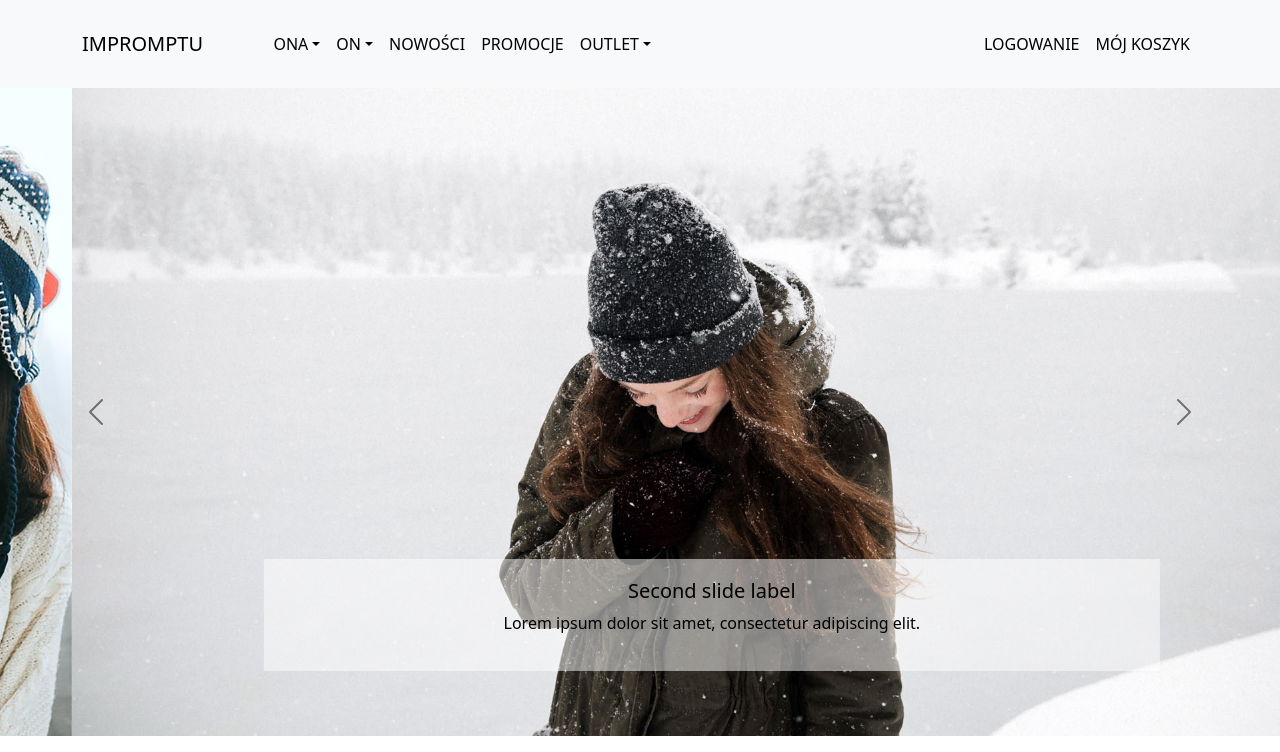
Repository: michalgornicki/Impromptu
Page: /
An editor plug-in stored every save of this project. The page is shown before and after a run of saves, followed by the edit.
The browser window is 1280 px wide. The pictures show the whole page.
The project was rebuilt for these pictures with package versions that can differ from the ones it lists, and the page was loaded fresh each time.

Above is the page before, as saved 2021-12-23 13:00:54.

### src/App.jsx
import React from "react";
import "./App.css";
import "bootstrap/dist/css/bootstrap.min.css";
import Container from "react-bootstrap/Container";
import Navbar from "react-bootstrap/Navbar";
import Nav from "react-bootstrap/Nav";
import NavDropdown from "react-bootstrap/NavDropdown";
import Carousel from "react-bootstrap/Carousel";
import photo1 from "./1.jpg";
import photo2 from "./2.jpg";
import photo3 from "./3.jpg";
import photo4 from "./4.jpg";
import photo5 from "./5.jpg";

function App() {
  return (
    <p>
      <Navbar
        collapseOnSelect
        expand="lg"
        bg="light"
        variant="light"
        className="py-4 display-7 text-dark"
      >
        <Container>
          <Navbar.Brand href="#home" className="w-15">IMPROMPTU</Navbar.Brand>
          <Navbar.Toggle aria-controls="responsive-navbar-nav" />
          <Navbar.Collapse id="responsive-navbar-nav">
            <Nav className="me-auto">
              <NavDropdown title="ONA" id="collasible-nav-dropdown">
                <NavDropdown.Item href="#action/3.1">Action</NavDropdown.Item>
                <NavDropdown.Item href="#action/3.2">
                  Another action
                </NavDropdown.Item>
                <NavDropdown.Item href="#action/3.3">
                  Something
                </NavDropdown.Item>
                <NavDropdown.Divider />
                <NavDropdown.Item href="#action/3.4">
                  Separated link
                </NavDropdown.Item>
              </NavDropdown>
              <NavDropdown title="ON" id="collasible-nav-dropdown">
                <NavDropdown.Item href="#action/3.1">Action</NavDropdown.Item>
                <NavDropdown.Item href="#action/3.2">
                  Another action
                </NavDropdown.Item>
                <NavDropdown.Item href="#action/3.3">
                  Something
                </NavDropdown.Item>
                <NavDropdown.Divider />
                <NavDropdown.Item href="#action/3.4">
                  Separated link
                </NavDropdown.Item>
              </NavDropdown>
              <Nav.Link href="#pricing">NOWOŚCI</Nav.Link>
              <Nav.Link href="#pricing">PROMOCJE</Nav.Link>
              <NavDropdown title="OUTLET" id="collasible-nav-dropdown">
                <NavDropdown.Item href="#action/3.1">Action</NavDropdown.Item>
                <NavDropdown.Item href="#action/3.2">
                  Another action
                </NavDropdown.Item>
                <NavDropdown.Item href="#action/3.3">
                  Something
                </NavDropdown.Item>
                <NavDropdown.Divider />
                <NavDropdown.Item href="#action/3.4">
                  Separated link
                </NavDropdown.Item>
              </NavDropdown>
            </Nav>
            <Nav>
              <Nav.Link href="#deets">LOGOWANIE</Nav.Link>
              <Nav.Link href="#memes">MÓJ KOSZYK</Nav.Link>
            </Nav>
          </Navbar.Collapse>
        </Container>
      </Navbar>

      <Carousel variant="dark" indicators={false}>
  <Carousel.Item>
    <img
      className="d-block w-100"
      src={photo1}
      alt="First slide"
    />
    <Carousel.Caption>
      <h5>First slide label</h5>
      <p>Nulla vitae elit libero, a pharetra augue mollis interdum.</p>
    </Carousel.Caption>
  </Carousel.Item>
  <Carousel.Item>
    <img
      className="d-block w-100"
      src={photo2}
      alt="Second slide"
    />
    <Carousel.Caption>
      <h5>Second slide label</h5>
      <p>Lorem ipsum dolor sit amet, consectetur adipiscing elit.</p>
    </Carousel.Caption>
  </Carousel.Item>
  <Carousel.Item>
    <img
      className="d-block w-100"
      src={photo3}
      alt="Third slide"
    />
    <Carousel.Caption>
      <h5>Third slide label</h5>
      <p>Praesent commodo cursus magna, vel scelerisque nisl consectetur.</p>
    </Carousel.Caption>
  </Carousel.Item>
  <Carousel.Item>
    <img
      className="d-block w-100"
      src={photo4}
      alt="Third slide"
    />
    <Carousel.Caption>
      <h5>Third slide label</h5>
      <p>Praesent commodo cursus magna, vel scelerisque nisl consectetur.</p>
    </Carousel.Caption>
  </Carousel.Item>
  <Carousel.Item>
    <img
      className="d-block w-100"
      src={photo5}
      alt="Third slide"
    />
    <Carousel.Caption>
      <h5>Third slide label</h5>
      <p>Praesent commodo cursus magna, vel scelerisque nisl consectetur.</p>
    </Carousel.Caption>
  </Carousel.Item>
</Carousel>



    </p>
  );
}

export default App;

### src/App.css
.w-15{
    width: 15%!important;
}

.display-7{
    font-size: 1rem;
}

.nav-link {
    color: black!important;
}

.carousel img {
    height: 90vh;
    object-fit: cover;
}

.carousel-caption{
    background-color: rgba(255, 255, 255, 0.5);
    bottom: 10%!important;
}

Loaded but not shown: public/index.html (common file); src/index.js (common file); src/index.css (common file); src/reportWebVitals.js (common file)

After the next 4 saves:
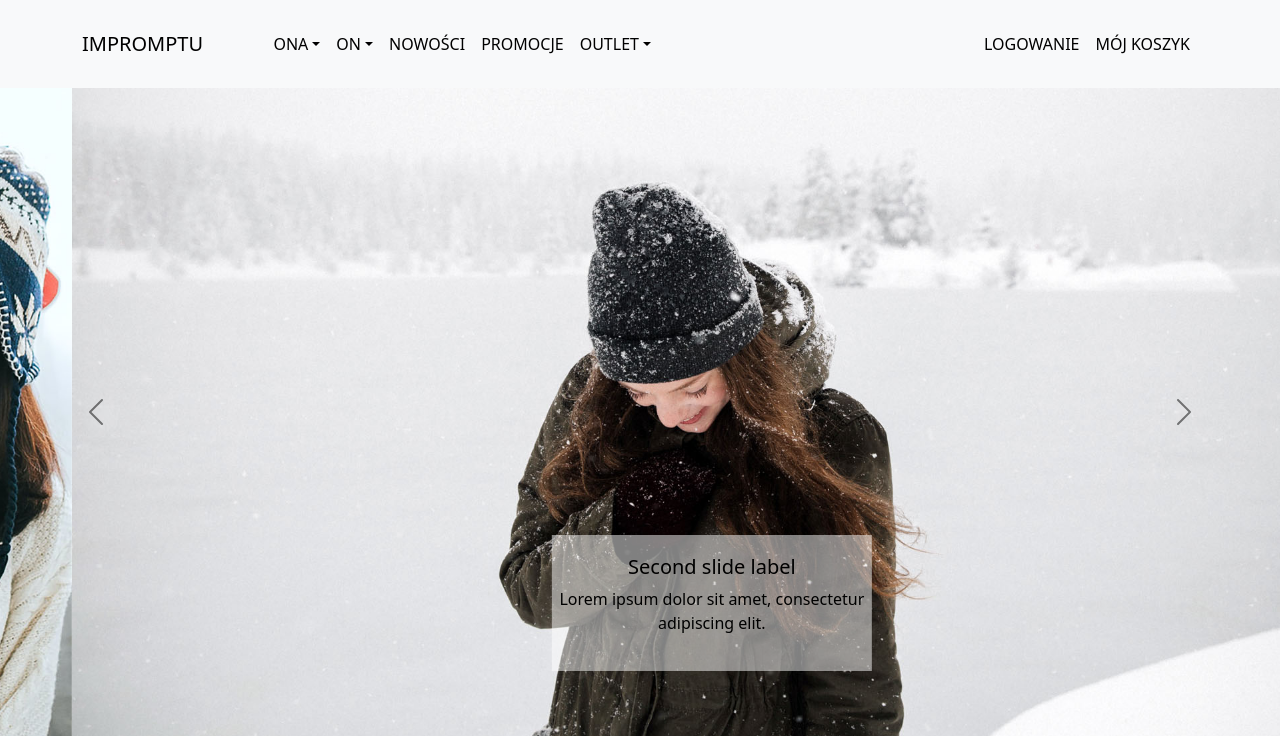
The 4 saves are shown as one change because they came seconds apart.
The last was saved 14 s later.
--- a/src/App.css
+++ b/src/App.css
@@ -18,4 +18,6 @@
 .carousel-caption{
     background-color: rgba(255, 255, 255, 0.5);
     bottom: 10%!important;
+    width: 25%;
+    margin: auto;
 }
